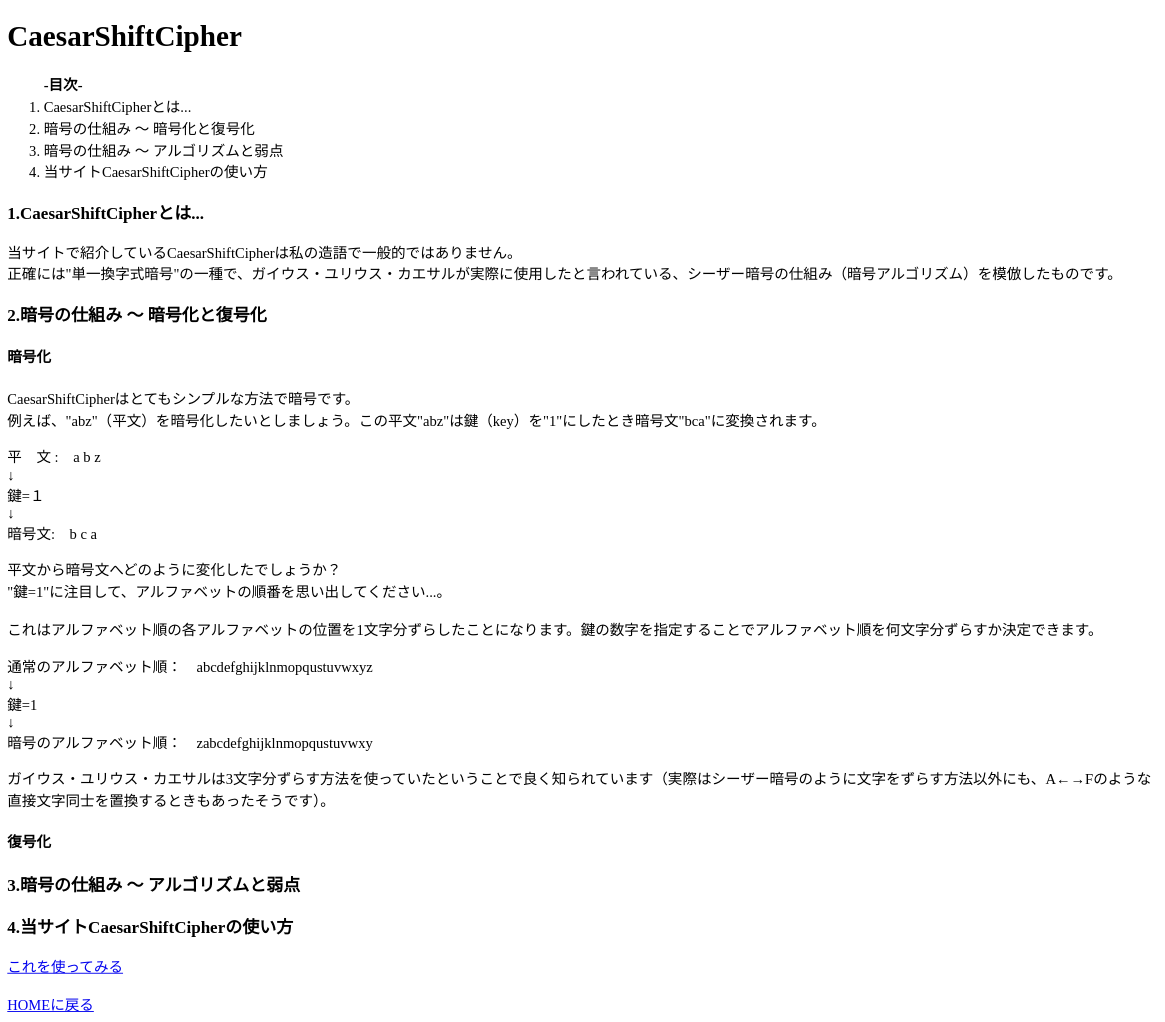
Repository: RantaWatari/TEST
Page: http://localhost/CipherProject/CipherMore?page=1
The author's editor kept a copy of each file at every save. The page is drawn from the files as they stood at one save, then again after the next save.
The browser window is 1280 px wide. The pictures show the whole page, at 91% of full size.
The page is served by Tomcat 9.

Above is the page before, as saved 2017-07-24 22:28:48.

After the next save:
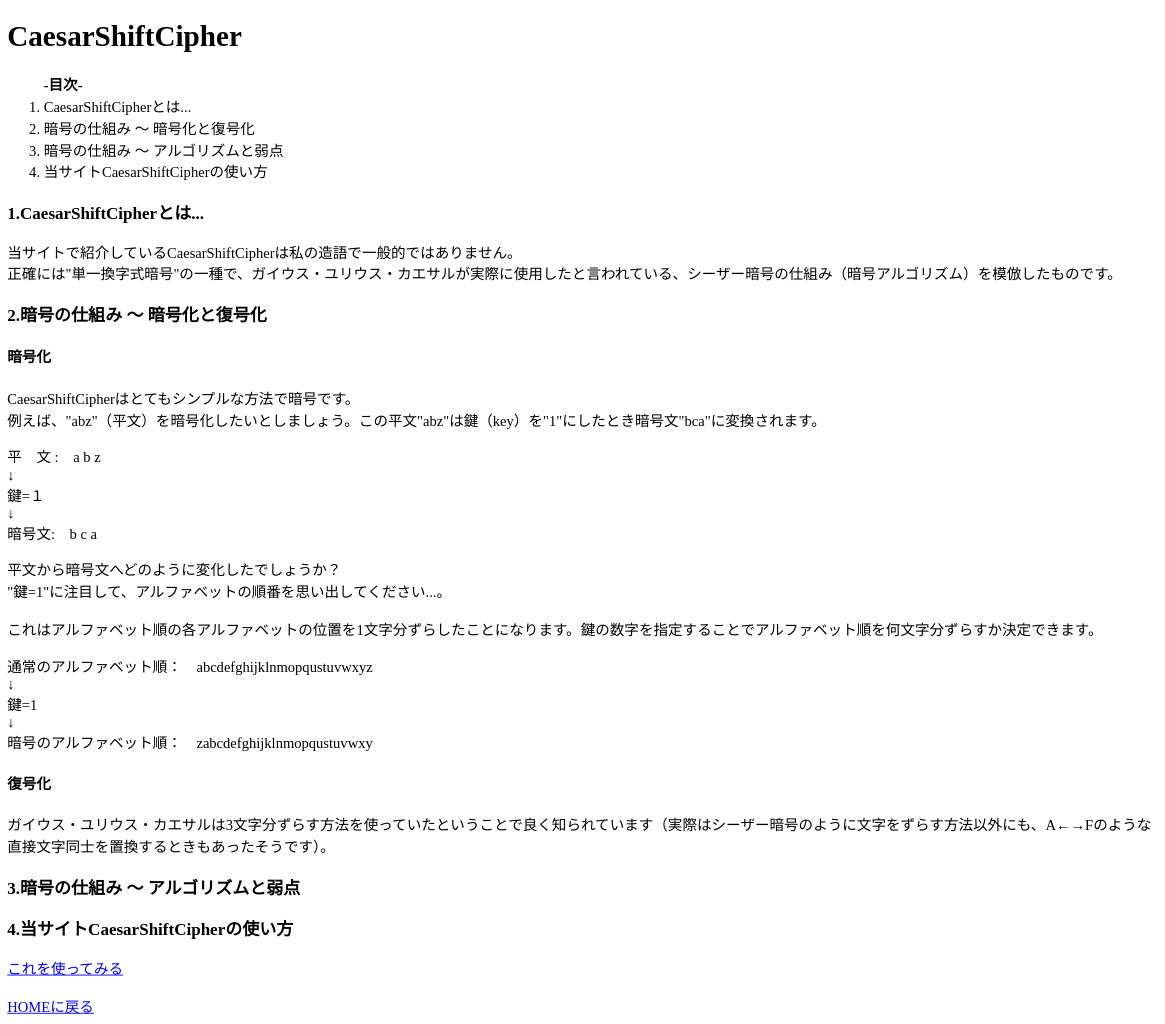
Saved 4 h 2 min later.
--- a/CipherProject/WebContent/WEB-INF/jsp/CaesarShiftCipher.jsp
+++ b/CipherProject/WebContent/WEB-INF/jsp/CaesarShiftCipher.jsp
@@ -16,27 +16,22 @@
 	<li>暗号の仕組み ～ アルゴリズムと弱点</li>
 	<li>当サイトCaesarShiftCipherの使い方</li>
 	</ol>
-
 <h3>1.CaesarShiftCipherとは...</h3>
 	<p>当サイトで紹介しているCaesarShiftCipherは私の造語で一般的ではありません。<br>
 	正確には"単一換字式暗号"の一種で、ガイウス・ユリウス・カエサルが実際に使用したと言われている、シーザー暗号の仕組み（暗号アルゴリズム）を模倣したものです。</p>
-
 <h3>2.暗号の仕組み ～ 暗号化と復号化</h3>
 	<h4>暗号化</h4>
 		<p>CaesarShiftCipherはとてもシンプルな方法で暗号です。<br>例えば、"abz"（平文）を暗号化したいとしましょう。この平文"abz"は鍵（key）を"1"にしたとき暗号文"bca"に変換されます。</p>
 		<p>平　文 :　a b z<br>↓<br>鍵=１<br>↓<br>暗号文:　b c a</p>
 		<p>平文から暗号文へどのように変化したでしょうか？<br>"鍵=1"に注目して、アルファベットの順番を思い出してください...。<br><br>これはアルファベット順の各アルファベットの位置を1文字分ずらしたことになります。鍵の数字を指定することでアルファベット順を何文字分ずらすか決定できます。</p>
 		<p>通常のアルファベット順：　abcdefghijklnmopqustuvwxyz<br>↓<br>鍵=1<br>↓<br>暗号のアルファベット順：　zabcdefghijklnmopqustuvwxy</p>
+	<h4>復号化</h4>
+		<p></p>
 		<p>ガイウス・ユリウス・カエサルは3文字分ずらす方法を使っていたということで良く知られています（実際はシーザー暗号のように文字をずらす方法以外にも、A←→Fのような直接文字同士を置換するときもあったそうです）。</p>
-
-	<h4>復号化</h4>
-
 <h3>3.暗号の仕組み ～ アルゴリズムと弱点</h3>
 	<p></p>
-
 <h3>4.当サイトCaesarShiftCipherの使い方</h3>
 	<p></p>
-
 <a href="http://localhost/CaesarShiftCipher/CaesarShiftCipher">これを使ってみる</a><br><br>
 <a href="/CipherProject/">HOMEに戻る</a>
 
